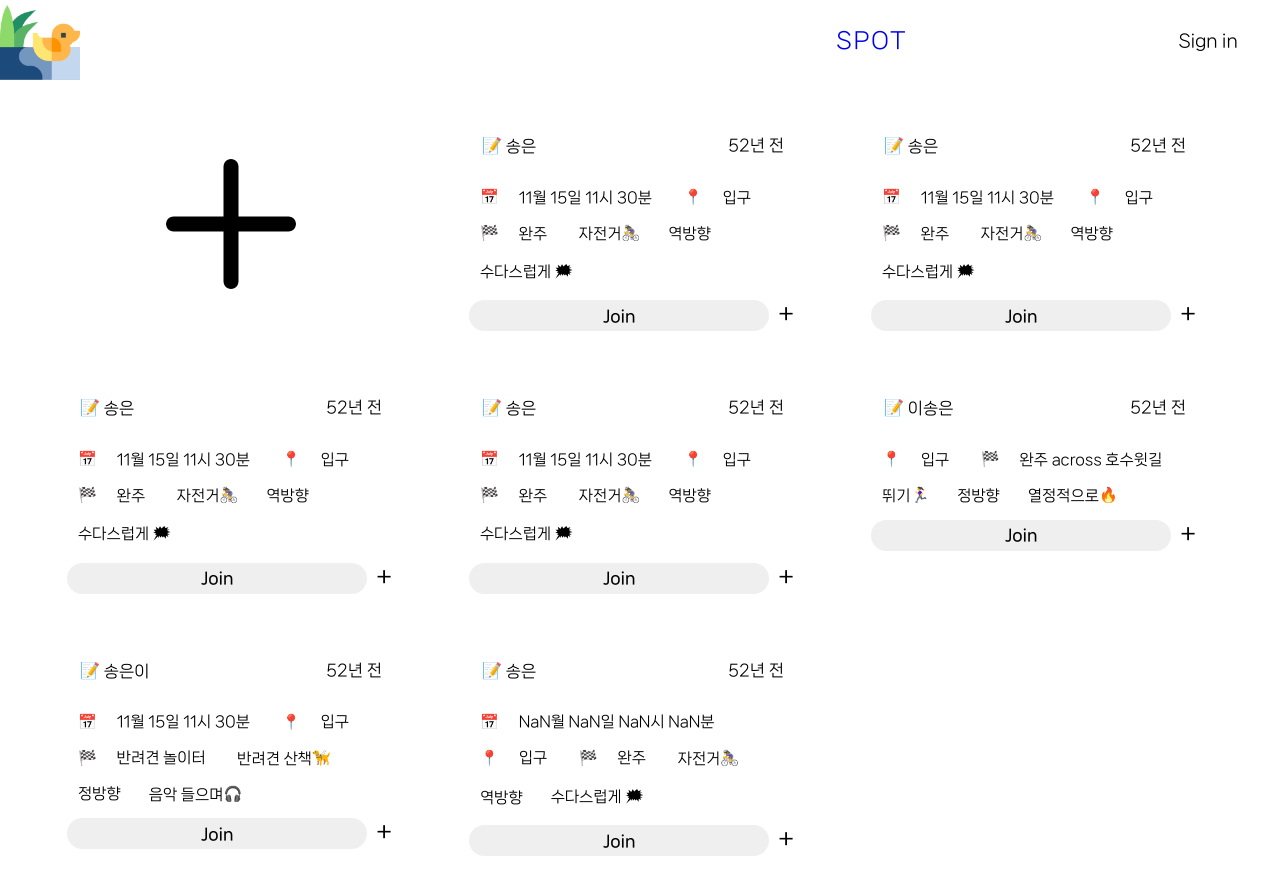
Repository: songeunleee/youngrangho
Page: /
An editor plug-in stored every save of this project. The page is shown before and after the next save, followed by the edit.
The browser window is 1280 px wide. The pictures show the whole page.
The page's requests for data from a server got no answer. Some web libraries are served in a nearby version. The project was rebuilt for these pictures with package versions that can differ from the ones it lists, and the page was loaded fresh each time. Some packages were replaced by stand-ins written for this rebuild. No one was signed in, and anything a server would have sent is missing. Also part of the build but not shown: src/app.module.css, src/components/add_card/add_card.module.css, src/components/add_card/add_card.jsx, src/components/activity/activity.module.css, src/components/add_form/add_form.module.css, src/components/add_form/add_form.jsx, src/components/footer/footer.module.css, src/components/footer/footer.jsx and 10 more.

Above is the page before, as saved 2022-11-12 05:36:24.

After the next save:
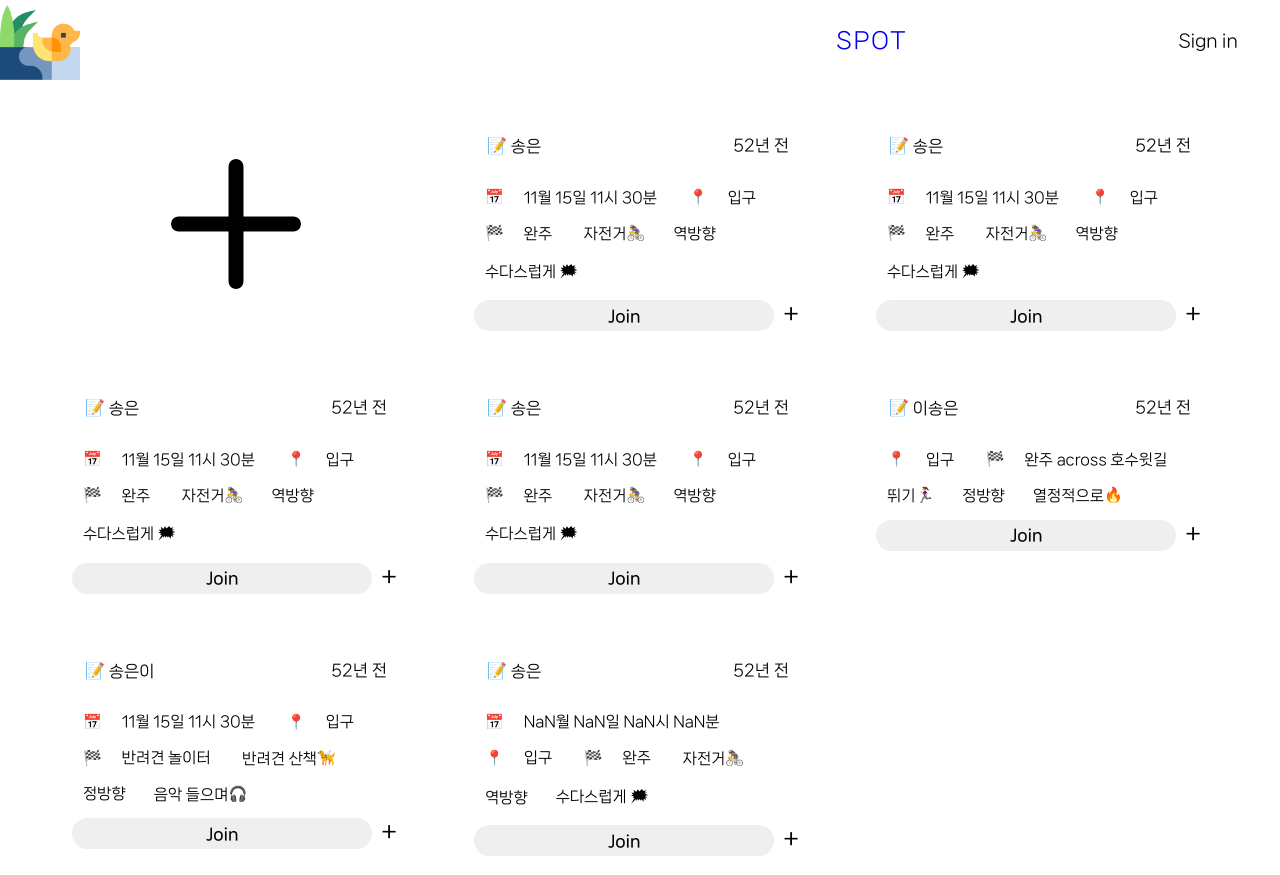
Saved 4 s later.
--- a/src/components/activity_list/activity_list.module.css
+++ b/src/components/activity_list/activity_list.module.css
@@ -37,7 +37,7 @@
 }
 
 .list {
-  width: 1220px;
+  width: 1210px;
   display: flex;
 
   flex-wrap: wrap;
